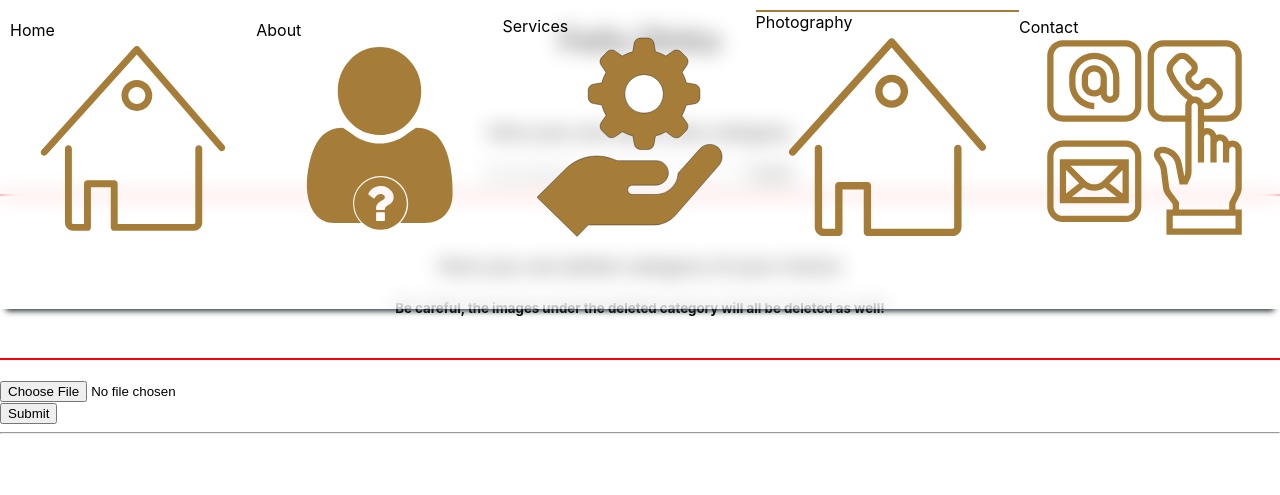
Repository: muhanad-musawi/backend-projekt-frondend
Page: /Photography (app in pohtographer/)
The author's editor kept a copy of each file at every save. The page is drawn from the files as they stood at one save, then again after the next save.
The browser window is 1280 px wide. The pictures show the whole page.
The page's requests for data from a server got no answer. The project was rebuilt for these pictures with package versions that can differ from the ones it lists, and the page was loaded fresh each time. The framework's server and built-in components were replaced by stand-ins that run in the browser. No one was signed in, and anything a server would have sent is missing. Also part of the build but not shown: pohtographer/next.config.js, pohtographer/styles/Footer.module.css.

Above is the page before, as saved 2022-03-24 09:20:58.

### pohtographer/pages/_app.js
import '../styles/globals.css'
import Layout from '../layouts/default'

function MyApp({ Component, pageProps }) {


  const getLayout = Component.getLayout
  || ((page) => (<Layout>{page}</Layout>))

  return  getLayout (<Component {...pageProps} />


  )

}

export default MyApp

### pohtographer/pages/Photography.jsx
import styles from "../styles/Photography.module.css";
import Image from "next/image";
import { useState, useEffect } from "react";
import GetAllCategory from "../components/GetAllCategory";
import AddCategory from "../components/AddCategory";
import DeleteCategory from "../components/DeleteCategory";
import AddPhoto from "../components/AddPhoto";
import CategorieImage from "../components/CategorieImage";

function Photography() {

  const initialInput = {
    categorie: "",
  };

  const [categories, setCategories] = useState([]);
  const [inputs, setInputs] = useState(initialInput);
  const [param, setParam] = useState("")


  useEffect(() => {
    fetchCategoriesData();
  }, []); //Dependancy Array

  const BACKEND_URL =
    process.env.NEXT_PUBLIC_BACKEND_URL; /* || 'http://localhost:4000' */
  const RECORDS_PATH = BACKEND_URL + "/photo-gallery/all";

  //console.log(BACKEND_URL);

  // get all categorie  ↓

  const fetchCategoriesData = async () => {
    /*'http://localhost:4000/photo-gallery'*/

    await fetch(RECORDS_PATH)
      .then((response) => response.json())
      .then((data) => {
        //console.log("data" + data)
        setCategories(data);
        //console.log("categorie" + categories)
      })
      .catch((err) => console.log(err));
  };

  // get all categorie ↑

  // new categorie Add ↓

  function handleInputChange(event) {
    const value = event.target.value;
    const name = event.target.name;
    setInputs({
      ...inputs,
      [name]: value,
    });
  }
  console.log(inputs);
  const Categorie_PATH = BACKEND_URL + "/photo-gallery/new";

  const fetchCategoryAddData = (category) => {
    console.log("category:" + category);

    /*'http://localhost:4000/records'*/

    const categoryJson = JSON.stringify(category);
    fetch(Categorie_PATH, {
      method: "POST",
      headers: {
        "Content-Type": "application/json",
      },
      body: categoryJson,
    })
      .then((response) => {
        if (response.status !== 201) {
          alert("An Error occured");
          return;
        } else {
          fetchCategoriesData(); //router.reload(window.location.pathname) //navigate("/Photography", { replace: true });
          return response.json();
        }
      })
      .catch((err) => console.log(err));
  };

  function handleSubmit(event) {
    event.preventDefault();
    if (
      categories.find((category) => category.categorie === inputs.categorie)
    ) {
      alert("category exist");
    } else {
      const newCategory = {
        ...inputs,
      };
      fetchCategoryAddData(newCategory);
    }
  }

  // New categorie add ↑

  // categorie delete ↓

  async function onDelete(id) {
    let check = prompt("Type YES to delete");
    if (check === "YES" || check === "yes") {
      console.log("id", id);
      await fetch(BACKEND_URL + `/photo-gallery/${id}`, {
        method: "delete",
      })
        .then((response) => {
          if (response.status !== 200) {
            return;
          } else {
            //Wenn wir die API selber besitzen
            //fetchUserData()
            setCategories(
              categories.filter((category) => {
                return category._id !== id;
              })
            );
          }
        })
        .catch((error) => console.log(error));
    } else {
      alert("Wrong Delete");
    }
  }

  const handleInputChangeCategory = (e) =>{
    setParam(e.target.value.toLowerCase())
  }

  // categorie delete ↑

  return (
    <div>
      <div className={styles.addCategory}>
        <AddCategory
          inputs={inputs}
          handleSubmit={handleSubmit}
          handleInputChange={handleInputChange}
        />
      </div>

      <div className={styles.deleteCategory}>
        <DeleteCategory categories={categories} onDelete={onDelete} />
      </div>

      <div>
     <AddPhoto categories={categories}/>
     </div>


      <div>
        <GetAllCategory categories={categories} />
      </div>






     <div>

       <CategorieImage
        categories={categories}
        param={param}
        />
     </div>


    </div>
  );
}

export default Photography;

### pohtographer/styles/globals.css
html,
body {
  padding: 0;
  margin: 0;
  font-family: -apple-system, BlinkMacSystemFont, Segoe UI, Roboto, Oxygen,
    Ubuntu, Cantarell, Fira Sans, Droid Sans, Helvetica Neue, sans-serif;
}

a {
  color: inherit;
  text-decoration: none;
}

* {
  box-sizing: border-box;
}

### pohtographer/layouts/default.jsx

import Header from '../components/Header'

import Footer from '../components/Footer'
import Head from 'next/head'


function Layout ({children}) {
  return (
    <div>
       <Header/>
       <Head>
        <title>my-App</title>
        <meta name="description" content="Generated by create next app" />
        <link rel="icon" href="/favicon.ico" />
      </Head>
      {children}
      <Footer/>
    </div>
  )
}

export default Layout

### pohtographer/styles/Photography.module.css
 .addCategory {
   text-align: center;
   margin: 10px 0;
   padding: 10px 0;
   border-bottom: 2px solid red;
 }

 .deleteCategory {
  text-align: center;
  margin: 20px 0;
  padding: 20px 0;
  border-bottom: 2px solid red;
 }

 .deleteCategoryBTN {
   display: flex;
   justify-content: space-evenly;
   align-items: center;

 }

### pohtographer/components/GetAllCategory.jsx
import styles from '../styles/GetAllCategory.module.css'




function GetAllCategory ({categories}){

  return (
    <div className={styles.imageCategory} >
      {categories.map((category, index) => (
        <div key={index}>
          <ul className={styles.ulCategory} key={index}>
            <li key={index}>{category.categorie} </li>
          </ul>
        </div>
      ))}
    </div>
  );
};

export default GetAllCategory;

### pohtographer/components/AddCategory.jsx
import styles from '../styles/AddCategory.module.css'


function AddCategory({handleSubmit , inputs ,   handleInputChange}) {
  return (
    <div>
      <h3>Here you can add a new category</h3>
      <form className="addRecordsForm" action="" onSubmit={handleSubmit}>
        <input
          type="text"
          name="categorie"
          placeholder=" new categorie"
          value={inputs.categorie}
          size="30"
          maxLength="50"
          onChange={handleInputChange}
        ></input>
        <input type="submit" value="Send" />
      </form>
    </div>
  )
}

export default AddCategory

### pohtographer/components/DeleteCategory.jsx
import styles from "../styles/DeleteCategory.module.css";

function DeleteCategory({ categories, onDelete }) {
  return (
    <div>
      <h3>Here you can delete category of your choice</h3>
      <h5>
        Be careful, the images under the deleted category will all be deleted as
        well!
      </h5>
      <div className={styles.deleteCategoryBTN}>
        {categories.map((category, index) => (
          <div>
            <div key={index}>
              <button onClick={() => onDelete(category._id)}>
                🗑️ {category.categorie}
              </button>
            </div>
          </div>
        ))}
      </div>
    </div>
  );
}

export default DeleteCategory;

### pohtographer/components/AddPhoto.jsx
 import {useState} from 'react'

 function AddPhoto({categories}) {
  const BACKEND_URL = process.env.NEXT_PUBLIC_BACKEND_URL;
  const RECORDS_PATH = BACKEND_URL + "/photos/new";

  const API_PHOTO_NAME = "uploaded_file"

  const [newFile, setNewFile] = useState({ photo: "" });
  const [photoCategorie, setPhotoCategorie] = useState("events");
  const [imageSrc, setImageSrc] = useState(""); // Bild als Daten (String)

  const handleSubmit = async (e) => {

    e.preventDefault();
    const formData = new FormData();
    formData.append(API_PHOTO_NAME, newFile.photo);
    //console.log( "formData"+formData)
    //console.log("categorie"+photoCategorie)

    await fetch(RECORDS_PATH , {
      method: "POST",
      body: formData,
    })
    .then((response)=>{
      console.log("response" + response.status)
      if(response.status === 201){
        alert("Image was saved!")
        setNewFile("");
        setImageSrc("")
        setPhotoCategorie("")
      } else{
        alert("Some Error occured")
      }
    })
    .catch((error)=>console.log(error))
  };

  const handlePhoto = (e) => {
    const [file] = e.target.files;
    if (file) {
      setImageSrc(URL.createObjectURL(file));
    }
    setNewFile({ photo: file });
  };

  return (
    <div>
      <form onSubmit={handleSubmit} encType="multipart/form-data">
        <input
          type="file"
          accept=".png, .jpg, .jpeg"
          name="photo"
          onChange={handlePhoto}
        />
        <br />
        {imageSrc.length === 0 ? null : (
          <div>
            Image Preview...
            <img width="20%" height="auto" src={imageSrc} alt="text" />
          </div>
        )}

        {/*
        <select onChange={(e)=>setPhotoCategorie(e.target.value)}>
          {categories.map((categorie, index) => <option key={index} value={categorie}>{categorie}</option>)}
        </select>
        */}
        <input type="submit" />
        <hr />
      </form>
    </div>
  );
}
export default AddPhoto;

### pohtographer/components/CategorieImage.jsx
import React, { useEffect, useState } from 'react';
import styles from '../styles/CategorieImage.module.css';

function CategorieImage({categories, param}) {

  const [images,setImages] = useState([]);

  useEffect(()=>{
    fetchAllImages()
  }, [])

  const fetchAllImages = async () => {

    const BACKEND_URL =
    process.env.NEXT_PUBLIC_BACKEND_URL; /* || 'http://localhost:4000' */
    const RECORDS_PATH = BACKEND_URL + "/photos/all";
    /*'http://localhost:4000/photos/all'*/

    await fetch(RECORDS_PATH)
      .then((response) => response.json())
      .then((data) => {
        //console.log("data" + data)
        setImages(data);
        //console.log("categorie" + categories)
      })
      .catch((err) => console.log(err));
  };


 // events muss durch user input ausgetauscht werden in der filter funktion fuer die darstellung
 //  {images.filter(image.pathCategorie==="events").map((image,

  if (categories.includes(param)) {
    return(
      images.filter(image.pathCategorie===param).map((image,
        <div key={index}>
          <img src={image.path} alt="picture"/>
        </div>
      ))
    )
  }
  return (
    <div className= {styles.imgMap} >
      {
        images.map((image, index) => (
          <div className={styles.imgContainer} key={index}>
            <img className={styles.img} src={image.path} alt="picture"/>
          </div>
        ))
      }
    </div>
  )
}

export default CategorieImage

### pohtographer/components/Header.jsx
import Link from 'next/link'
import Image from 'next/image'
import home from '../img/home.svg'
import about from '../img/about.svg'
import service from '../img/service.svg'
import experience from '../img/experience.svg'
import contact from '../img/contact.svg'

import styles from '../styles/Header.module.css'
import { useRouter } from "next/router";



function Header() {

  const router = useRouter();

  return (
    <div className={styles.navbarCenter} >
      <h1 className={styles.logoName}>Felix Dirks</h1>
    <div className={styles.headerLinks}>

        <Link href="/">
          <a className={router.pathname == "/" ? styles.active : ""}><span className='desktopVersion'>Home</span>
        <span className='mobileVersion'>

        <Image src={home} alt="home" />

        </span></a>
        </Link>

        <Link href="/About">
          <a className={router.pathname == "/About" ? styles.active : ""}>
          <span className='desktopVersion'>About</span>
        <span className='mobileVersion'>

        <Image src={about} alt="home" />

        </span>
          </a>
        </Link>

        <Link href="/Services">
          <a className={router.pathname == "/Services" ? styles.active  : ""}>
          <span className='desktopVersion'>Services</span>
        <span className='mobileVersion'>

        <Image src={service} alt="home" />

        </span>
          </a>
        </Link>

        <Link href="/Photography">
          <a className={router.pathname == "/Photography" ? styles.active  : ""}>
          <span className='desktopVersion'>Photography</span>
        <span className='mobileVersion'>

        <Image src={home} alt="home" />

        </span>
          </a>
        </Link>

        <Link href="/Contact">
          <div className={router.pathname == "/Contact" ? styles.active : ""}>
          <span className='desktopVersion'>Contact</span>

        <span className='mobileVersion'>

        <Image src={contact} alt="contact" />

        </span>
          </div>
        </Link>

        </div>

    </div>
  )
}

export default Header

### pohtographer/components/Footer.jsx
import styles from '../styles/Footer.module.css'

function Footer() {
  return (
    <div className={styles.footer} >

    </div>
  )
}

export default Footer

### pohtographer/styles/GetAllCategory.module.css

.imageCategory{
  display: flex;
  justify-content: space-evenly;

}

.ulCategory{
  list-style-type: none;
 }

### pohtographer/styles/DeleteCategory.module.css

.deleteCategoryBTN {
  display: flex;
  justify-content: space-evenly;
  align-items: center;

}

### pohtographer/styles/CategorieImage.module.css

.imgMap{
  width: 100%;

}

.imgContainer{
  margin: 20px 10px;
}

.img{
  width: 40%;
}

### pohtographer/styles/Header.module.css
/*
$color-white:#ffffff;
$footer-color:#737373;
$color-gold:#a57d38;
$color-dark:#242d34;
*/




.navbarCenter{
  width: 100%;
  display: flex;
  justify-content: center;

}

.headerLinks{
  -webkit-backdrop-filter: blur(10px);
    backdrop-filter: blur(10px);
    background-color: rgba(255, 255, 255, 0.5);

  margin: auto auto;
  padding: 10px;
  margin-bottom: 50px;
  display: flex;
  justify-content: space-around;
  align-items: center;

  border-radius: 40px;
  overflow: hidden;
  position: fixed;
  bottom: 0;
  width: 85%;
}

 .mobileVersion{
  display: flex;
  justify-content: center;
  align-items: center;
  visibility: visible;
  border: 1px solid  #a57d38;
  border-radius: 60%;
}
 .mobileVersion:hover{
  border: 1px solid  #a57d38;
  background-color: #242d34;
  border-radius: 60%;
}
.active{
  background-color: #242d34;
  border-radius: 60%;
  border: 2px solid  #a57d38;
}

.mobileVersion img {
  width: 40px;
  margin: 5px;
  margin-left:10px ;
  margin-right:10px ;
  margin-top: 10px;
}

.desktopVersion{
  display: none;
  visibility: hidden;
}



@media screen and (min-width: 1024px) {

  .navbarCenter{

    position: sticky;
    overflow: hidden;
    z-index: 2;
    top: 0;

    width: 100%;
  }


  .headerLinks{
    width: 100%;
    -webkit-backdrop-filter: blur(10px);
      backdrop-filter: blur(10px);
      background-color: rgba(255, 255, 255, 0.5);


    justify-content: space-around;
    margin-top: 0px ;
    margin-bottom: 0px;
    border-radius: 0;
    bottom:unset;


    -webkit-box-shadow: 0 8px 6px -6px #242d34;
    -moz-box-shadow: 0 8px 6px -6px #242d34;
         box-shadow: 0 8px 6px -6px #242d34;
  }


  .active{

    background-color:initial;
    border-radius: 0;
    border: none;
    border-top: 2px solid #a57d38;
  }

   .mobileVersion{
    display: none;
    visibility: hidden;
  }
  .desktopVersion{



    display: block;
    visibility: visible;
  }




}

Loaded but not shown: pohtographer/styles/AddCategory.module.css (no stored copy; drawn as an empty file)

After the next save:
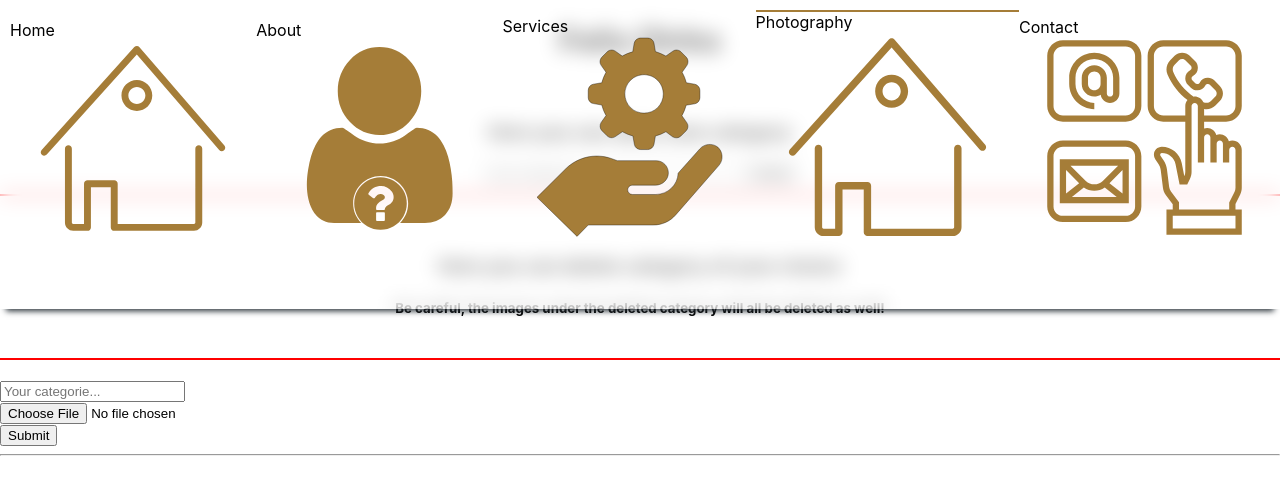
Saved 13 s later.
--- a/pohtographer/pages/Photography.jsx
+++ b/pohtographer/pages/Photography.jsx
@@ -148,6 +148,7 @@ function Photography() {
       </div>
 
       <div>
+      <input onChange={handleInputChangeCategory} type="text" placeholder="Your categorie..."/>
      <AddPhoto categories={categories}/>
      </div>
 
